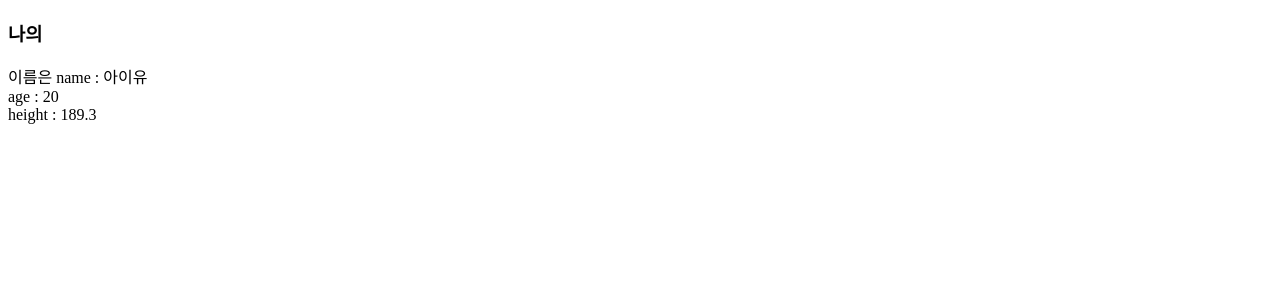
Repository: song-bean/Web_song
Page: 03_JavaScript/src/main/webapp/01_basic/Ex01.html
The author's editor kept a copy of each file at every save. The page is drawn from the files as they stood at one save, then again after the next save.
The browser window is 1280 px wide. The pictures show the whole page.

Above is the page before, as saved 2023-02-24 03:09:39.

### 03_JavaScript/src/main/webapp/01_basic/Ex01.html
<!DOCTYPE html>
<html>
<head>
<meta charset="UTF-8">
<title>01_basic\Ex01.html</title>
</head>
<body>
	<h3>나의</h3>
	이름은
	<script type="text/javascript">
		// 자바 주석과 같음
		/*
			String name = '아이유';
			int age = 20;
			double height = 189.3;
		*/
		var name = "아이유";
		var age = 20;
		var height = 189.3;
		//System.out.println(name);

		document.write("name : " + name + "<br>"); //웹 브라우저에 출력
		document.write("age : " + age + "<br>");
		document.write("height : " + height + "<br>");

	</script>
</body>
</html>

After the next save:
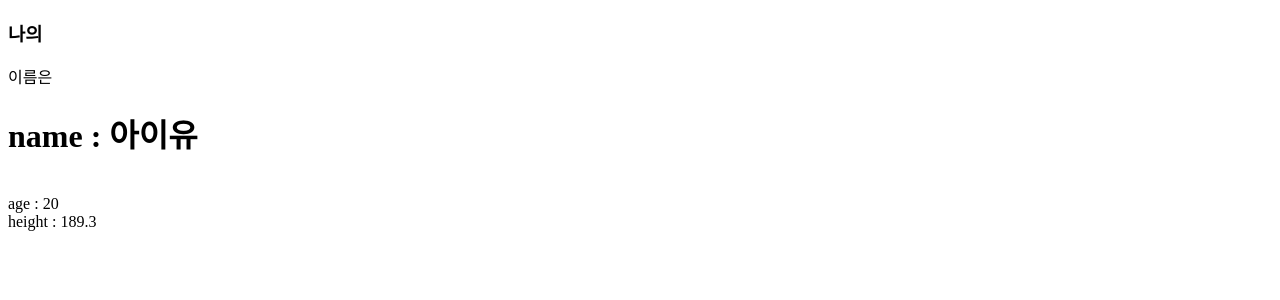
Saved 90 s later.
--- a/03_JavaScript/src/main/webapp/01_basic/Ex01.html
+++ b/03_JavaScript/src/main/webapp/01_basic/Ex01.html
@@ -19,7 +19,7 @@
 		var height = 189.3;
 		//System.out.println(name);
 
-		document.write("name : " + name + "<br>"); //웹 브라우저에 출력
+		document.write("<h1>name : " + name + "</h1><br>"); //웹 브라우저에 출력
 		document.write("age : " + age + "<br>");
 		document.write("height : " + height + "<br>");
 
